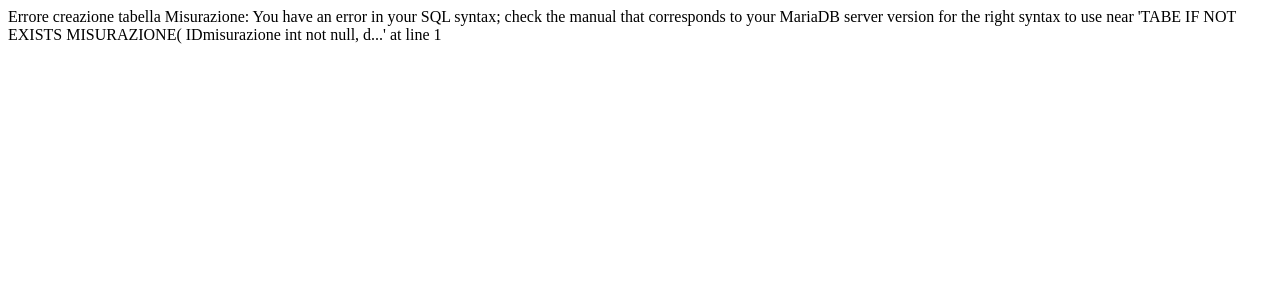
Repository: EmanueleCoradin/IoTMonitoring-CV-19-Patients
Page: http://localhost/init.php
These files come from the project's save history. The page is drawn as it stood at one moment and after the next save; the edit follows.
The browser window is 1280 px wide. The pictures show the whole page.
The page is run by PHP 8.4 with error messages shown; the project is at /var/www/html/.

Above is the page before, as saved 2020-05-11 16:50:00.

### allegati/sitoPHP/php/init.php
<?php
#----------------------------------------------------------------------#
#-------------------INIZIALIZZO CONNESSIONE DATABASE ------------------#
#----------------------------------------------------------------------#

$dbname = "monitoraggioDB";
$username = "root";
$password="";
$host = "localhost";
$conn = new mysqli ($host, $username, $password, $dbname);

if(!$conn)
    die("Errore di connessione al db: ".$conn -> connect_error);

#----------------------------------------------------------------------#
#------------------------- INIZIALIZZO TABELLE ------------------------#
#----------------------------------------------------------------------#

#-------------------------- TABELLA MEDICO ---------------------------#
$sql="
    CREATE TABLE IF NOT EXISTS MEDICO(
        CF varchar(32) not null,
        nome varchar(32) not null,
        cognome varchar(32) not null,
        email varchar(32) not null,
        password varchar(32) not null,
        PRIMARY KEY (CF)
    )";
$result = $conn -> query($sql);

if(!$result){
    die("Errore creazione tabella Medico: ".$conn -> error);
}

#-------------------------- TABELLA STRUTTURA ---------------------------#

$sql="
    CREATE TABLE IF NOT EXISTS STRUTTURA(
        IDstruttura int not null,
        nome varchar(32) not null,
        via varchar(32) not null,
        numeroCivico int not null,
        citta varchar(32) not null,
        provincia varchar(32) not null,
        regione varchar(32) not null,
        PRIMARY KEY (IDstruttura)
    )";
$result = $conn -> query($sql);

if(!$result){
    print("<h1>Error ".$conn -> errno."</h1>");
    die("Errore creazione tabella Struttura: ".$conn -> error);
}

#-------------------------- TABELLA PAZIENTE ---------------------------#

$sql="
    CREATE TABLE IF NOT EXISTS PAZIENTE(
        CF varchar(32) not null,
        nome varchar(32) not null,
        cognome varchar(32) not null,
        via varchar(32) not null,
        numeroCivico int not null,
        citta varchar(32) not null,
        provincia varchar(32) not null,
        regione varchar(32) not null,
        dataNascita date not null,
        sesso varchar(1) not null,
        linkTG varchar(32) not null,
        dataTrasferimento date,
        email varchar(32) not null,
        password varchar(32) not null,
        CFmedico varchar(32) not null,
        IDstruttura int,
        PRIMARY KEY (CF),
        FOREIGN KEY (CFmedico) REFERENCES MEDICO(CF),
        FOREIGN KEY (IDstruttura) REFERENCES STRUTTURA(IDstruttura)
    )";
$result = $conn -> query($sql);

if(!$result){
    print("<h1>Error ".$conn -> errno."</h1>");
    die("Errore creazione tabella Paziente: ".$conn -> error);
}

#-------------------------- TABELLA MISURAZIONE ---------------------------#

$sql="
    CREATE TABE IF NOT EXISTS MISURAZIONE(
        IDmisurazione int not null,
        data date not null,
        ora time not null,
        sp02 float,
        fr float,
        fc float,
        pi float,
        IDpaziente varchar(32) not null,
        PRIMARY KEY (IDmisurazione),
        FOREIGN KEY (IDpaziente) REFERENCES PAZIENTE(CF)
    )";
$result = $conn -> query($sql);

if(!$result){
    die("Errore creazione tabella Misurazione: ".$conn -> error);
}

print("<h1>Creazione tabelle avvenuta con successo</h1>");

$conn -> close();

?>

After the next save:
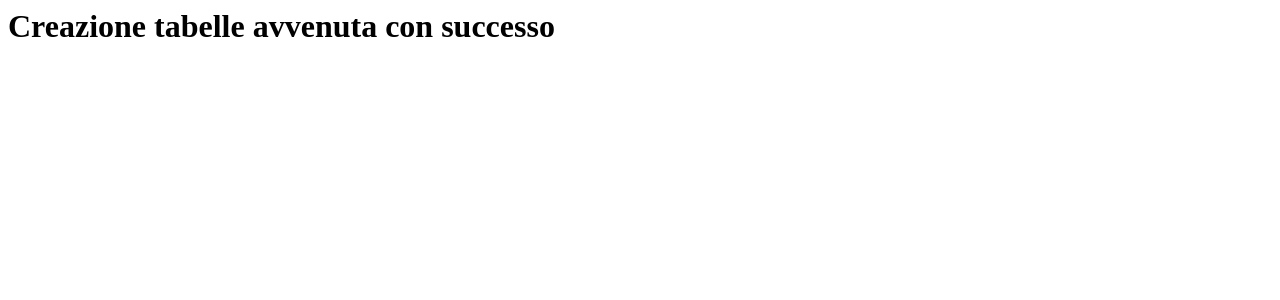
Saved 10 s later.
--- a/allegati/sitoPHP/php/init.php
+++ b/allegati/sitoPHP/php/init.php
@@ -86,7 +86,7 @@ if(!$result){
 #-------------------------- TABELLA MISURAZIONE ---------------------------#
 
 $sql="
-    CREATE TABE IF NOT EXISTS MISURAZIONE(
+    CREATE TABlE IF NOT EXISTS MISURAZIONE(
         IDmisurazione int not null,
         data date not null,
         ora time not null,
@@ -101,6 +101,7 @@ $sql="
 $result = $conn -> query($sql);
 
 if(!$result){
+    print("<h1>Error ".$conn -> errno."</h1>");
     die("Errore creazione tabella Misurazione: ".$conn -> error);
 }
 
